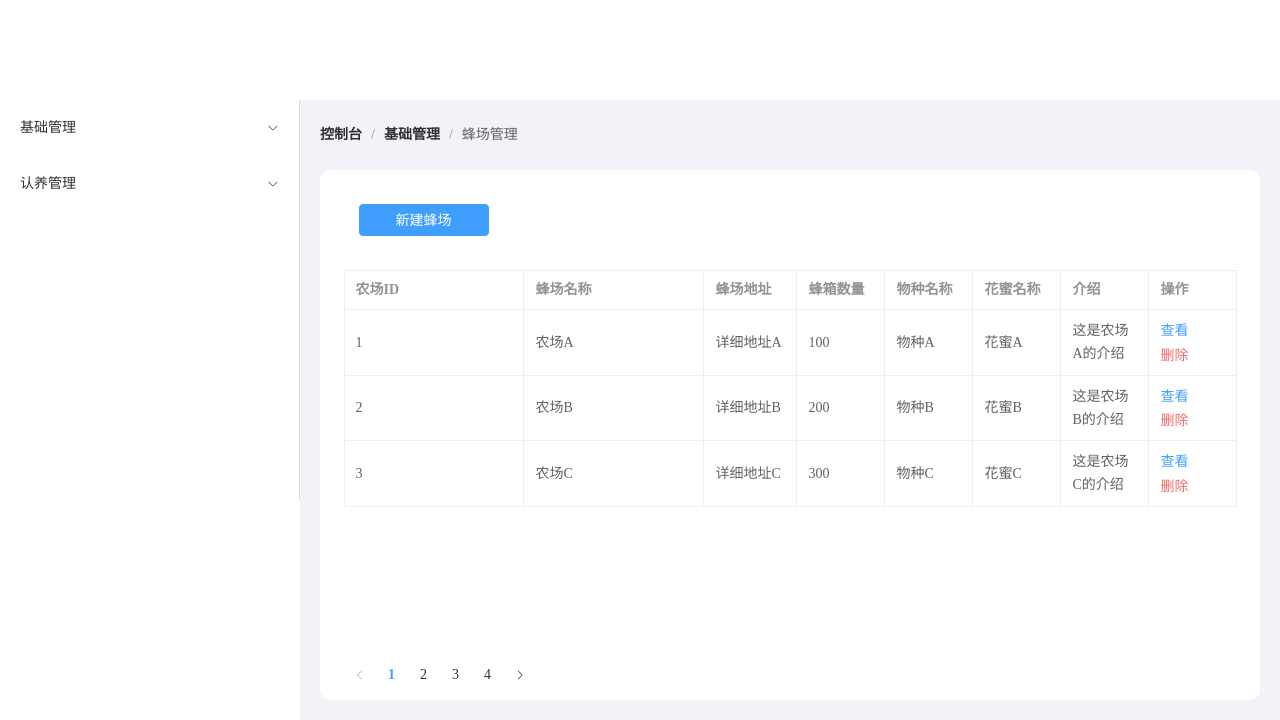
Repository: secret47/test-office-demo
Page: /dashboard/basic/farm
The author's editor kept a copy of each file at every save. The page is drawn from the files as they stood at one save, then again after the next save.
The browser window is 1280 px wide. The pictures show the whole page.
The project was rebuilt for these pictures with package versions that can differ from the ones it lists, and the page was loaded fresh each time. Also part of the build but not shown: vite.config.js.

Above is the page before, as saved 2024-10-29 14:48:30.

After the next save:
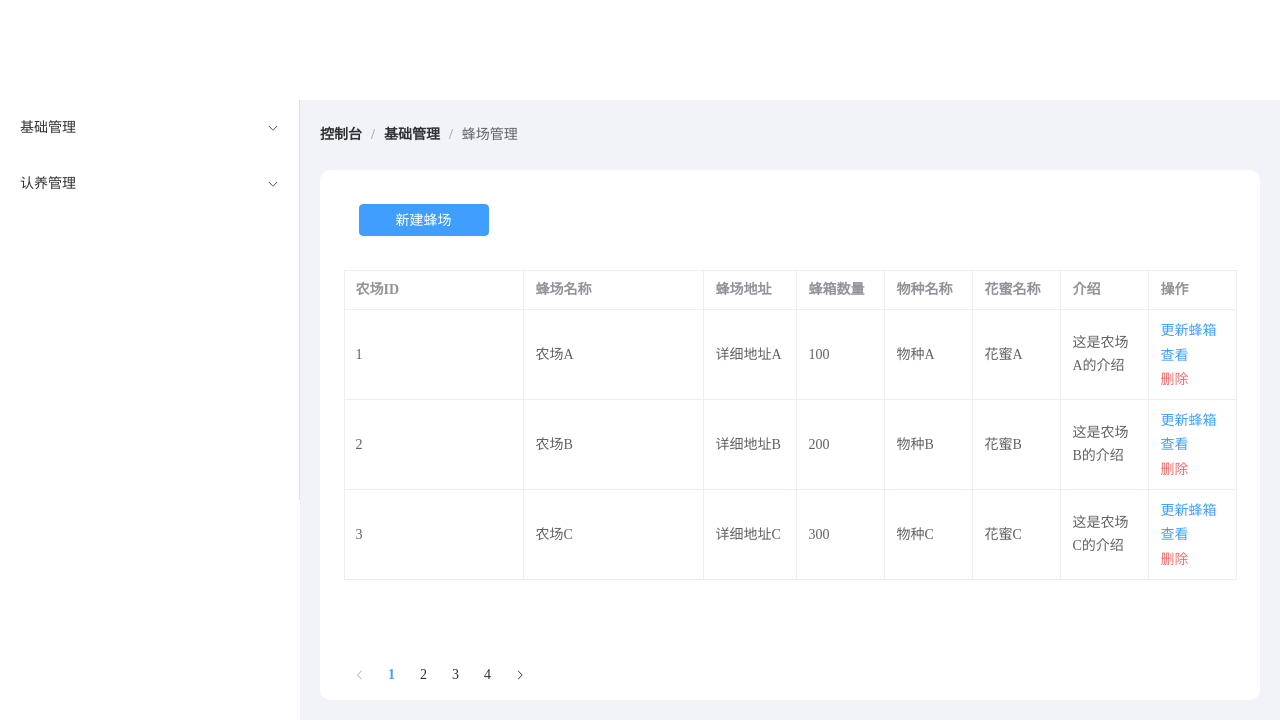
Saved 16 s later.
--- a/src/views/dashboard/basic/farm/index.vue
+++ b/src/views/dashboard/basic/farm/index.vue
@@ -15,6 +15,8 @@
                     <el-table-column prop="introduce" label="介绍"></el-table-column>
                     <el-table-column label="操作">
                         <template #default="scope">
+                            <el-link type="primary">更新蜂箱</el-link>
+                            &nbsp;
                             <el-link type="primary">查看</el-link>
                             &nbsp;
                             <el-link type="danger">删除</el-link>
